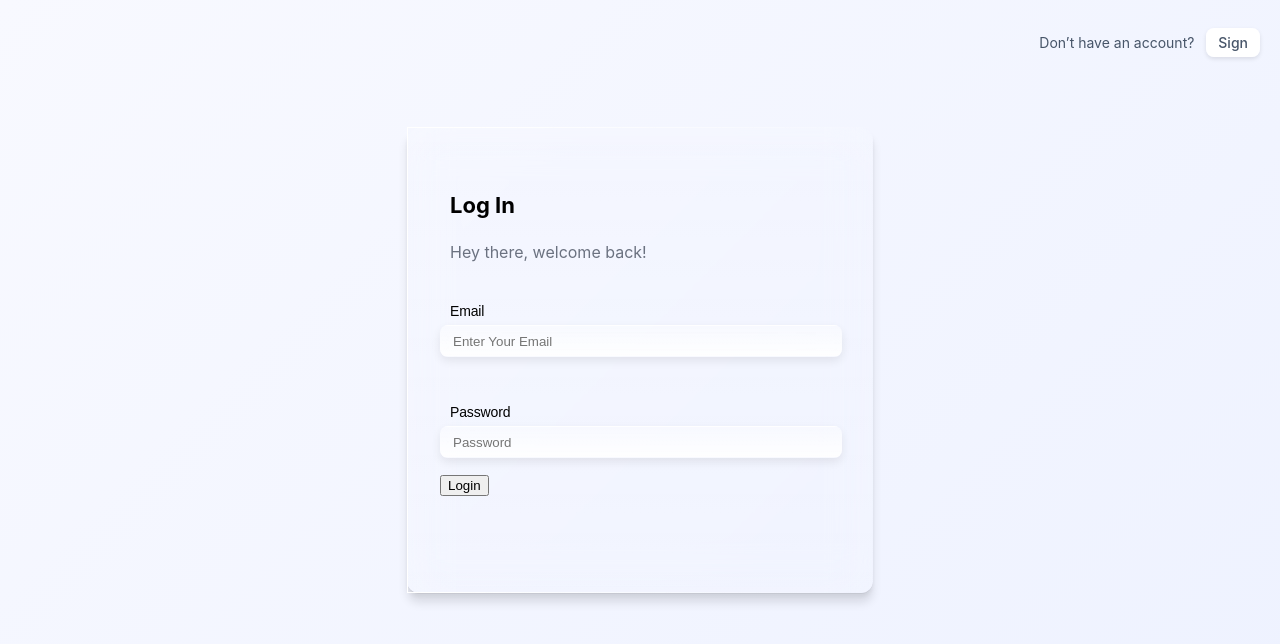
Repository: AfifaNoor/Admin_Panel-React-
Page: /
The author's editor kept a copy of each file at every save. The page is drawn from the files as they stood at one save, then again after the next save.
The browser window is 1280 px wide. The pictures show the whole page.
The project was rebuilt for these pictures with package versions that can differ from the ones it lists, and the page was loaded fresh each time. Also part of the build but not shown: src/SignUp.jsx.

Above is the page before, as saved 2025-07-10 17:48:55.

### src/App.js
import React from 'react'
import LoginPage from './LoginPage'
import { RouterProvider } from 'react-router-dom'
import Router from './Router'

const App = () => {
  return (
    <>
      {/* <RouterProvider router={Router}/> */}
      <LoginPage/>
    </>


  )
}

export default App

### src/LoginPage.jsx
import React, { useState } from 'react'
// import {Navigate, useNavigate} from 'react-router-dom';
import "./LoginPage.css"
import { ToastContainer, toast } from 'react-toastify';
import 'react-toastify/dist/ReactToastify.css';

const LoginPage = () => {
    const[email , setEmail]=useState('')
    const [password , setPassword] = useState('')
    // const navigate= useNavigate();

const handleSubmit =(e)=>{
    e.preventDefault();

 const hardcoreMail="login@gmail.com";
 const hardcorePassword = '1234567'

    if (email=== hardcoreMail && password === hardcorePassword){
        alert("Login Successfull")

    }else{
        alert("Invalid Credential")
    }

}



  return (
 <div className="login-container">

      <div className="signup-redirect">
        <p>
          Don’t have an account?{' '}
          {/* <span className="signup-link" onClick={() => navigate('/sign-up')}> */}
            {/* Sign Up */}
          {/* </span> */}
          <span className="signup-link" >
            Sign
          </span>
        </p>
      </div>



    <div>



    </div>

      <form className="login-form" onSubmit={handleSubmit}>
      <div className="title">
        <h1>Log In</h1>
        <p>Hey there, welcome back!</p>
      </div>
      <label className='form-label'>Email</label>
        <input
          type="email"
          className="form-input"
          value={email}
          placeholder="Enter Your Email"
          onChange={(e) => setEmail(e.target.value)}
          required
        />

        <label className='form-label'>Password</label>
        <input
          type="password"
          className="form-input"
          placeholder="Password"
          value={password}
          onChange={(e) => setPassword(e.target.value)}
          required
        />

        <button className="login-btn" type="submit">
          Login
        </button>

        {/* <ToastContainer /> */}
      </form>
    </div>
  );
}

export default LoginPage

### src/Router.jsx
import React from 'react';
import { createBrowserRouter , createRoutesFromElements , Route } from 'react-router-dom';
import LoginPage from './LoginPage';
import SignUp from './SignUp';

const Router = createBrowserRouter(
  createRoutesFromElements(
    <>

      <Route path='/sign-up' element={<SignUp/>}/>
      <Route path='login-page' element={<LoginPage/>}/>
    </>
  )
)

export default Router;

### src/LoginPage.css
.login-container {
  width: 100%;
  height: 100vh;
  /* background: #FFFFFF; */
  opacity: 1;
  transform: rotate(0deg);
  display: flex;
  justify-content: center;
  align-items: center;
  background: linear-gradient(135deg, #f8f9ff, #eef2ff);
  flex-direction: column;
  /* font-family: 'Inter','sans-serif'; */
  position: relative;


}
.signup-redirect {
  position: absolute;
  top: 20px;
  right: 20px;
  font-size: 14px;
  color: #475569;
}

.signup-link {
  background: #ffffff;
  border-radius: 8px;
  padding: 6px 12px;
  margin-left: 8px;
  box-shadow: 0 2px 4px rgba(0,0,0,0.1);
  cursor: pointer;
  font-weight: 500;
  transition: all 0.3s ease;
}

.signup-link:hover {
  background: #f0f0f0;
}




.login-form{
  width: 400px;
  height: 400px;
  /* position: absolute; */
  /* top: 150.5px; */
  /* left: 482px; */
  border-radius: 12px;
  padding: 32px;
  gap: 10px;
  opacity: 1;
  flex-direction: column;

  z-index: 2;

  background: linear-gradient(180deg, rgba(255, 255, 255, 0) -9.58%, rgba(255, 255, 255, 0.052) 100%);
  border: 1px solid transparent;
  border-image-source: linear-gradient(93.78deg, #FFFFFF 8.04%, rgba(255, 255, 255, 0) 100%);
  border-image-slice: 1;


-webkit-backdrop-filter: blur(20px);
backdrop-filter: blur(20px);

box-shadow:
  0px 10px 10px 0px rgba(0, 0, 0, 0.10),
  0px 4px 4px 0px rgba(0, 0, 0, 0.05),
  0px 1px 0px 0px rgba(0, 0, 0, 0.05),
  inset 0px 20px 50px 0px rgba(255, 255, 255, 0.15);

}

.title{
  z-index: 3;
  width: 380px;
  height: 72px;
  opacity: 1;
  gap: 10px;
  padding: 10px;
  /* margin-bottom: 550px; */
  /* box-shadow: 0 4px 12px rgba(0, 0, 0, 0.1); */
  margin-bottom: 20px;


}

.title h1 {
width: 380px;
height: 40px;
font-family: 'Inter', sans-serif;
font-weight: 600px;
font-size: 22px;
line-height: 40px;
letter-spacing: -1%;
margin-bottom: 8px;
}

.title p{
  font-size: 16px;
  font-style: Inter;
  font-weight: 400px;
  font-style:normal;
  line-height: 22px;
  /* letter-spacing: -1%; */
  color: rgba(107, 114, 128, 1);
  margin-bottom: 24px;
  /* margin-bottom: 5px; */

}

.form-label{
width: 380px;
height: 22px;
transform: rotate(0deg);
opacity: 1;
gap: 12px;
text-align: left;

font-family: 'Intern',sans-serif;
font-weight: 500px;
font-size: 14px;
line-height: 22px;
letter-spacing: -0.01em;

color:black;


border: none;
border-radius: 6px;
padding: 3px 10px;
cursor: pointer;
display: inline-flex;
/* align-items: left; */
justify-content: left;
margin-top: 25px;

}

.form-input{

 width: 380px;
  height: 20px;
  min-width: 140px;
  max-width: 500px;
  transform: rotate(0deg);
  opacity: 1;
  border-radius: 8px;
  border-width: 1px;
  padding: 5px 8px 5px 12px;
  gap: 8px;
  margin-bottom: 16px;

  background: linear-gradient(0deg, rgba(255, 255, 255, 0.9) 0%, rgba(255, 255, 255, 0.4) 100%);
  border: 1px solid transparent; /* fallback for border-image */

  border-image:
    linear-gradient(0deg, rgba(255, 255, 255, 0.1), rgba(255, 255, 255, 0.1)),
    linear-gradient(360deg, rgba(255, 255, 255, 0.5) 0%, rgba(255, 255, 255, 0) 100%);
  border-image-slice: 1;


  -webkit-backdrop-filter: blur(20px);
  backdrop-filter: blur(20px);
  box-shadow: 0 4px 10px rgba(0,0,0,0.08);
  cursor: pointer;
}

Loaded but not shown: public/index.html (common file); src/index.js (common file); src/index.css (common file); src/reportWebVitals.js (common file)

After the next save:
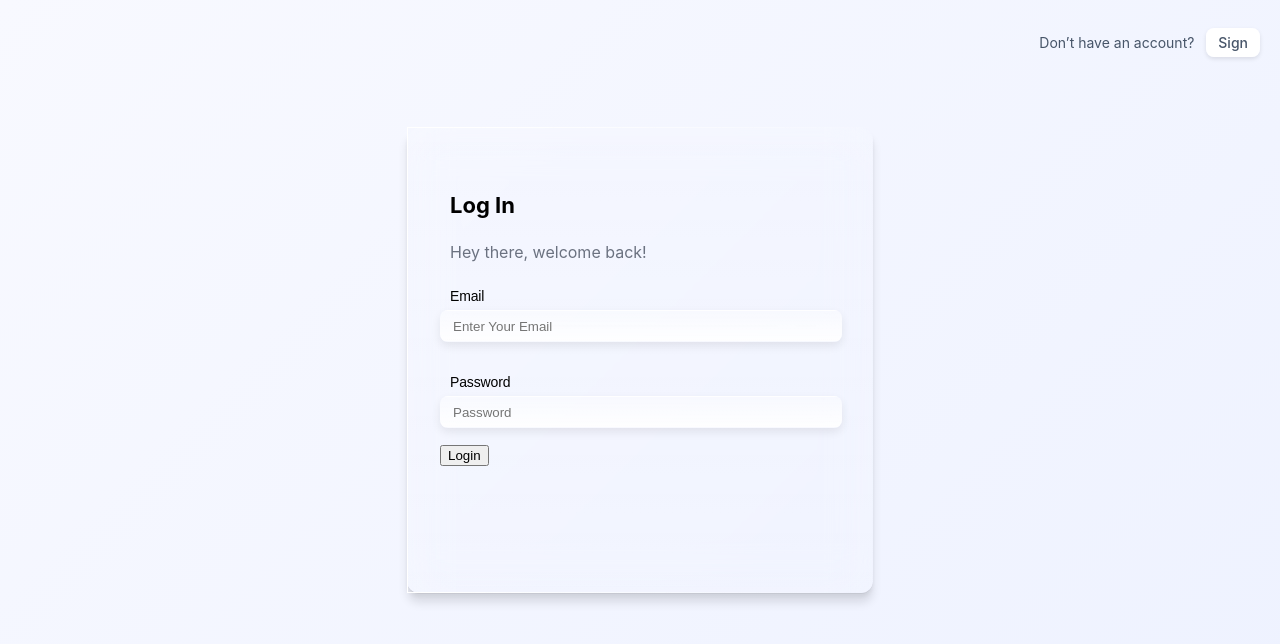
Saved 65 s later.
--- a/src/LoginPage.css
+++ b/src/LoginPage.css
@@ -133,7 +133,7 @@ cursor: pointer;
 display: inline-flex;
 /* align-items: left; */
 justify-content: left;
-margin-top: 25px;
+margin-top: 10px;
 
 }
 
